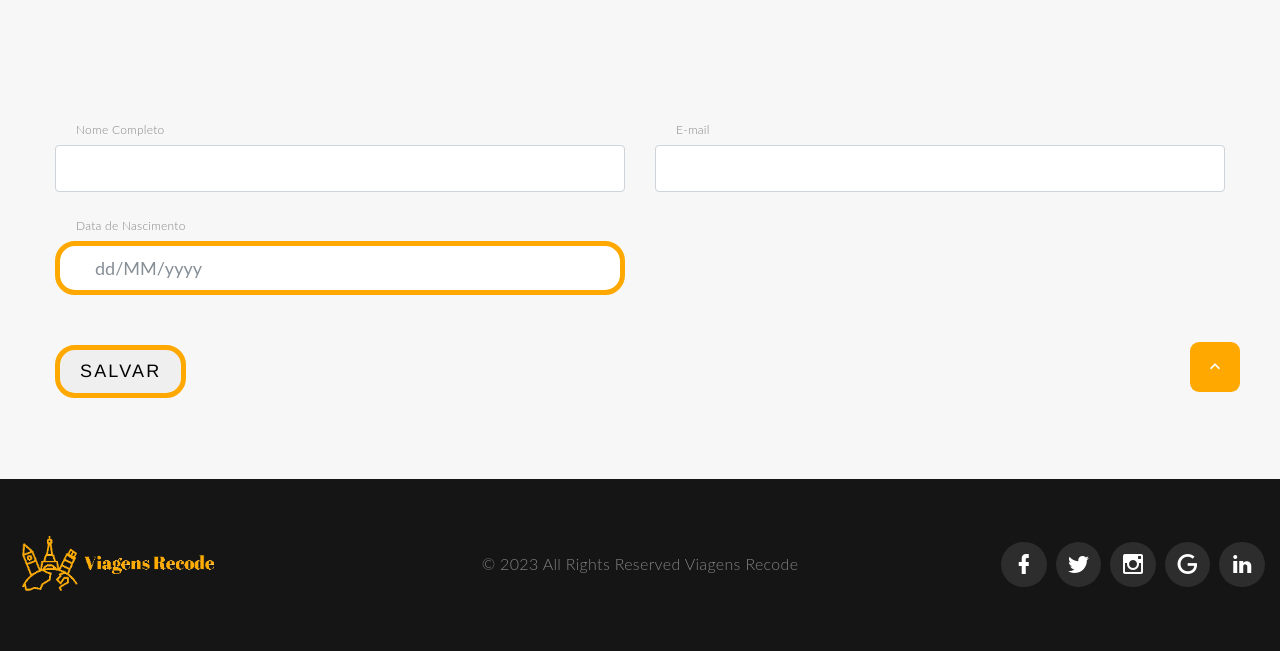
Repository: LiraS23/RecodePro2023-Modulo-4
Page: http://localhost/Modulo4/editarCliente.jsp
These files come from the project's save history. The page is drawn as it stood at one moment and after the next save; the edit follows.
The browser window is 1280 px wide. The pictures show the part of the page from y = 388 to 1039 px (the page is 1039 px tall before and 1031 px after).
Some web fonts or font styles are not loaded; a fallback is used. The page is served by Tomcat 10. Other server files are loaded and not shown.

Above is the page before, as saved 2023-11-02 17:11:33.

### java/Modulo4/src/main/webapp/editarCliente.jsp
<%@ page language="java" contentType="text/html; charset=UTF-8"
	pageEncoding="UTF-8"%>
<!DOCTYPE html>
<html lang="pt-br">
<head>
<meta charset="UTF-8">
<meta name="viewport"
	content="width=device-width, height=device-height, initial-scale=1.0">
<meta http-equiv="X-UA-Compatible" content="IE=edge">
<title>Editar Cliente</title>

<link rel="icon" href="assets/images/favicon.ico" type="image/x-icon">
<link rel="stylesheet" type="text/css"
	href="assets/fonts.googleapis.com/css?family=Oswald:200,400%7CLato:300,400,300italic,700%7CMontserrat:900">
<link rel="stylesheet" href="assets/css/bootstrap.css">
<link rel="stylesheet" href="assets/css/style.css">
<link rel="stylesheet" href="assets/css/fonts.css">
</head>
<body>
	<div class="page">
		<header
			class="section page-header breadcrumbs-custom-wrap bg-gradient bg-secondary-2 novi-background bg-cover">
			<!-- RD Navbar-->
			<div class="rd-navbar-wrap rd-navbar-default">
				<nav class="rd-navbar" data-layout="rd-navbar-fixed"
					data-sm-layout="rd-navbar-fixed" data-md-layout="rd-navbar-fixed"
					data-md-device-layout="rd-navbar-fixed"
					data-lg-layout="rd-navbar-fullwidth"
					data-xl-layout="rd-navbar-static"
					data-lg-device-layout="rd-navbar-fixed"
					data-xl-device-layout="rd-navbar-static"
					data-md-stick-up-offset="2px" data-lg-stick-up-offset="2px"
					data-stick-up="true" data-sm-stick-up="true"
					data-md-stick-up="true" data-lg-stick-up="true"
					data-xl-stick-up="true">
					<div class="rd-navbar-inner">
						<!-- RD Navbar Panel-->
						<div class="rd-navbar-panel">
							<!-- RD Navbar Toggle-->
							<button class="rd-navbar-toggle"
								data-rd-navbar-toggle=".rd-navbar-nav-wrap">
								<span></span>
							</button>
							<!-- RD Navbar Brand-->
							<div class="rd-navbar-brand">
								<a class="brand-name" href="index.html"><img
									class="logo-default"
									src="assets/images/logo-default-208x46.png" alt="" width="208"
									height="46" /><img class="logo-inverse"
									src="assets/images/logo-inverse-208x46.png" alt="" width="208"
									height="46" /></a>
							</div>
						</div>
						<div class="rd-navbar-aside-right">
							<div class="rd-navbar-nav-wrap">
								<!-- RD Navbar Nav-->
								<ul class="rd-navbar-nav">
									<li><a href="index.html">Home</a></li>
									<li><a href="destinos.jsp">Destinos</a></li>
									<li><a href="promocoes.html">Promoções</a></li>
									<li><a href="contato.html">Contato</a></li>
									<li class="active"><a href="cliente.jsp">Cliente</a></li>
								</ul>
							</div>
						</div>
						<div class="rd-navbar-aside-right">
							<a class="button button-sm button-secondary button-nina"
								href="pedidos.html">Reserve um passeio agora</a>
						</div>
					</div>
				</nav>
			</div>
			<!-- Breadcrumbs-->
			<section class="breadcrumbs-custom"
				style="background: url(&quot;https://travelplustur.com.br/wp-content/uploads/2022/04/travelplus-tur-22.jpg&quot;); background-size: cover;">
				<div class="container">
					<p class="breadcrumbs-custom-subtitle">Edite seu</p>
					<p class="heading-1 breadcrumbs-custom-title">Cadastro</p>
				</div>
			</section>

		</header>

		<!-- Cadastro-->
		<section
			class="section section-wrap bg-gray-lighter novi-background bg-cover">
			<div class="section-wrap-inner">
				<div class="container container-bigger">
					<div class="row">
						<div class="col">
							<div class="section section-lg">
								<!--form-->
								<form class="" data-form-output="form-output-global"
									data-form-type="contact" method="post"
									action="/Modulo4/ClienteController">
									<input type="hidden" id="cpf" name="cpf"
										value="<%=request.getParameter("cpf")%>">
									<div class="row row-fix row-20">
										<div class="col-md-6">
											<div class="form-wrap form-wrap-validation">
												<label class="form-label-outside" for="nome">Nome
													Completo</label> <input class="form-control" id="nome" type="text"
													name="nome" data-constraints="@Required" />
											</div>
										</div>
										<div class="col-md-6">
											<div class="form-wrap form-wrap-validation">
												<label class="form-label-outside" for="email">E-mail</label>
												<input class="form-control" id="email" type="email"
													name="email" data-constraints="@Email @Required" />
											</div>
										</div>
										<div class="col-md-6">
											<div class="form-wrap form-wrap-validation">
												<label class="form-label-outside" for="dataNasc">Data
													de Nascimento</label><input class="form-control"
													style="border: 5px solid #FFA900; border-radius: 20px;"
													id="dataNasc" type="text" name="dataNasc"
													placeholder="dd/MM/yyyy"
													data-constraints="@Numeric @Required" />
											</div>
										</div>
										<div class="col-sm-12 offset-custom-1">
											<div class="form-button">
												<button class="btn btn-secondary"
													style="border: 5px solid #FFA900; border-radius: 20px;"
													type="button" onclick="atualizarCliente()">Salvar</button>

											</div>
										</div>
									</div>
								</form>
							</div>
						</div>
					</div>
				</div>
			</div>
		</section>

		<!-- Footer Minimal-->
		<footer
			class="section page-footer page-footer-minimal novi-background bg-cover text-center bg-gray-darker">
			<div class="container container-wide">
				<div
					class="row row-fix justify-content-sm-center align-items-md-center row-30">
					<div class="col-md-10 col-lg-7 col-xl-4 text-xl-left">
						<a href="index.html"><img class="inverse-logo"
							src="assets/images/logo-inverse-208x46.png" alt="" width="208"
							height="46" /></a>
					</div>
					<div class="col-md-10 col-lg-7 col-xl-4">
						<p class="right">
							&#169;&nbsp;<span class="copyright-year"></span> All Rights
							Reserved Viagens Recode
						</p>
					</div>
					<div class="col-md-10 col-lg-7 col-xl-4 text-xl-right">
						<ul class="group-xs group-middle">
							<li><a
								class="icon novi-icon icon-md-middle icon-circle icon-secondary-5-filled mdi mdi-facebook"
								href="#"></a></li>
							<li><a
								class="icon novi-icon icon-md-middle icon-circle icon-secondary-5-filled mdi mdi-twitter"
								href="#"></a></li>
							<li><a
								class="icon novi-icon icon-md-middle icon-circle icon-secondary-5-filled mdi mdi-instagram"
								href="#"></a></li>
							<li><a
								class="icon novi-icon icon-md-middle icon-circle icon-secondary-5-filled mdi mdi-google"
								href="#"></a></li>
							<li><a
								class="icon novi-icon icon-md-middle icon-circle icon-secondary-5-filled mdi mdi-linkedin"
								href="#"></a></li>
						</ul>
					</div>
				</div>
			</div>
		</footer>
	</div>

	<!-- Global Mailform Output-->
	<div class="snackbars" id="form-output-global"></div>
	<!-- Javascript-->
	<script src="assets/js/core.min.js"></script>
	<script src="assets/js/script.js"></script>
	<script>
		function atualizarCliente() {
			// Obtenha os valores dos campos
			var cpf = $("#cpf").val();
			var nome = $("#nome").val();
			var email = $("#email").val();
			var dataNasc = $("#dataNasc").val();

			// Realize a validação dos campos, se necessário

			// Faça uma solicitação AJAX para o servidor para atualizar o cliente
			$.ajax({
				type : "POST", // Você pode usar POST para enviar dados sensíveis
				url : "/Modulo4/ClienteController", // A URL deve apontar para o seu servlet
				data : {
					action : "atualizar",
					cpf : cpf,
					nome : nome,
					email : email,
					dataNasc : dataNasc
				},
				success : function(response) {
					alert(response); // Exiba uma mensagem de sucesso ou erro
				},
				error : function() {
					alert('Erro ao atualizar o cliente.');
				}
			});
		}
	</script>
</body>
</html>

Loaded but not shown: java/Modulo4/src/main/webapp/assets/css/bootstrap.css (library); java/Modulo4/src/main/webapp/assets/css/style.css (library); java/Modulo4/src/main/webapp/assets/css/fonts.css (library); java/Modulo4/src/main/webapp/assets/js/core.min.js (library); java/Modulo4/src/main/webapp/assets/js/script.js (1496 lines, source omitted)

After the next save:
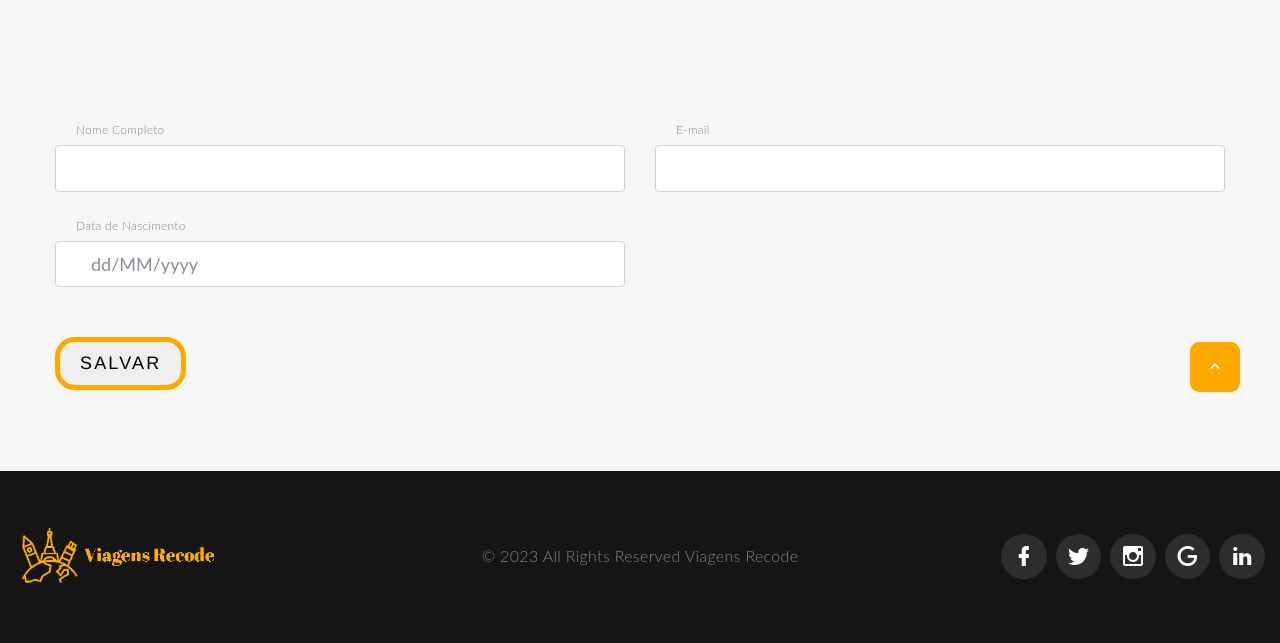
Saved 14 s later.
--- a/java/Modulo4/src/main/webapp/editarCliente.jsp
+++ b/java/Modulo4/src/main/webapp/editarCliente.jsp
@@ -113,10 +113,8 @@
 										<div class="col-md-6">
 											<div class="form-wrap form-wrap-validation">
 												<label class="form-label-outside" for="dataNasc">Data
-													de Nascimento</label><input class="form-control"
-													style="border: 5px solid #FFA900; border-radius: 20px;"
-													id="dataNasc" type="text" name="dataNasc"
-													placeholder="dd/MM/yyyy"
+													de Nascimento</label><input class="form-control" id="dataNasc"
+													type="text" name="dataNasc" placeholder="dd/MM/yyyy"
 													data-constraints="@Numeric @Required" />
 											</div>
 										</div>
